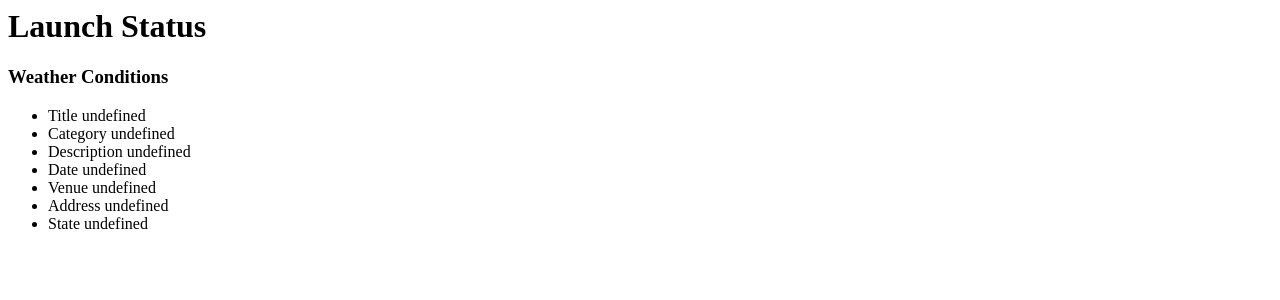
Repository: JohnRudolph1/Events-JSON
Page: index.html
These files come from the project's save history. The page is drawn as it stood at one moment and after the next save; the edit follows.
The browser window is 1280 px wide. The pictures show the whole page.

Above is the page before, as saved 2022-01-10 09:18:51.

After the next save:
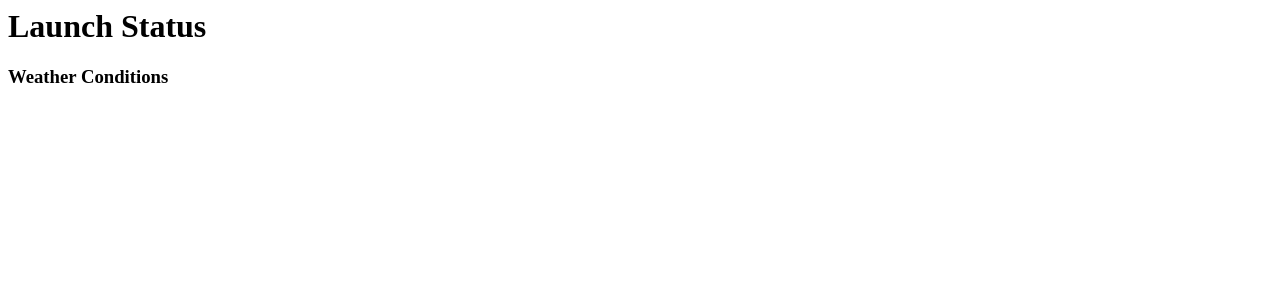
Console error: TypeError: Cannot set properties of null (setting 'innerHTML')
Saved 27 s later.
--- a/index.html
+++ b/index.html
@@ -27,7 +27,7 @@
    <body>
       <h1>Launch Status</h1>
       <h3>Weather Conditions</h3>
-      <div id="weather-conditions">
+      <div id="events">
          <!-- Weather data is added here dynamically. -->
       </div>
    </body>

After the save that followed:
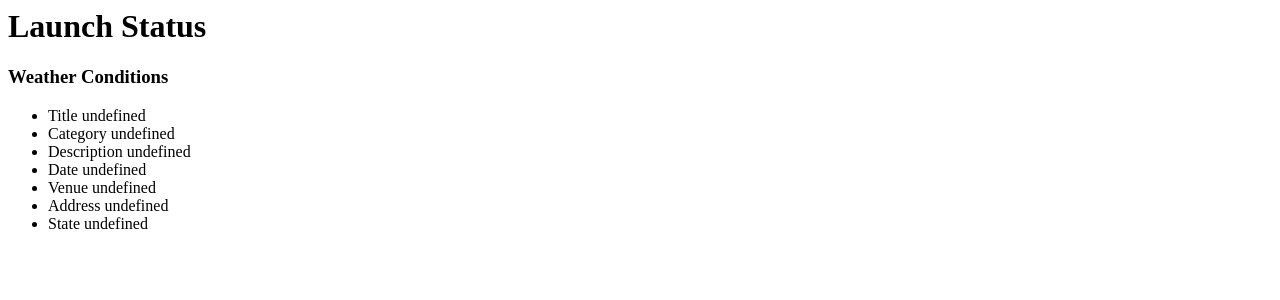
The error is gone.
Saved 6 s later.
--- a/index.html
+++ b/index.html
@@ -5,7 +5,7 @@
          window.addEventListener("load", function() {
             fetch("json.js").then( function(response) {
                response.json().then( function(json) {
-                  const div = document.getElementById("weather-conditions");
+                  const div = document.getElementById("events");
                   // Add HTML that includes the JSON data
                   div.innerHTML = `
                      <ul>
